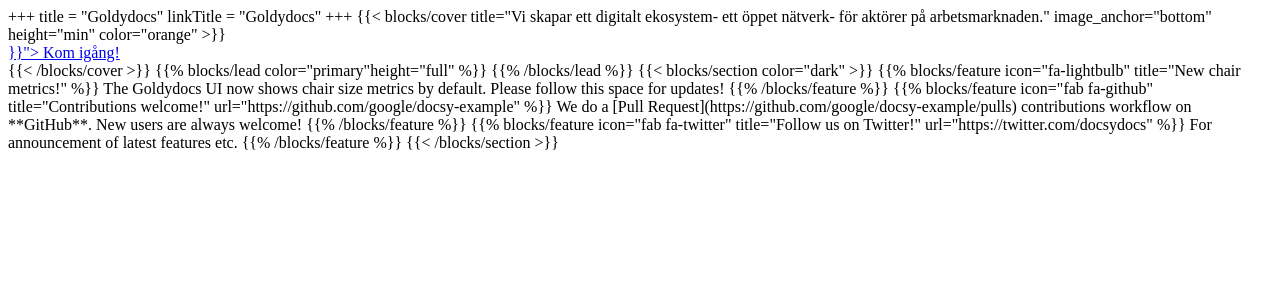
Repository: rudasn/docsy-cms-netlify
Page: content/sv/_index.html
An editor plug-in stored every save of this project. The page is shown before and after the next save, followed by the edit.
The browser window is 1280 px wide. The pictures show the whole page.

Above is the page before, as saved 2021-05-05 10:21:45.

After the next save:
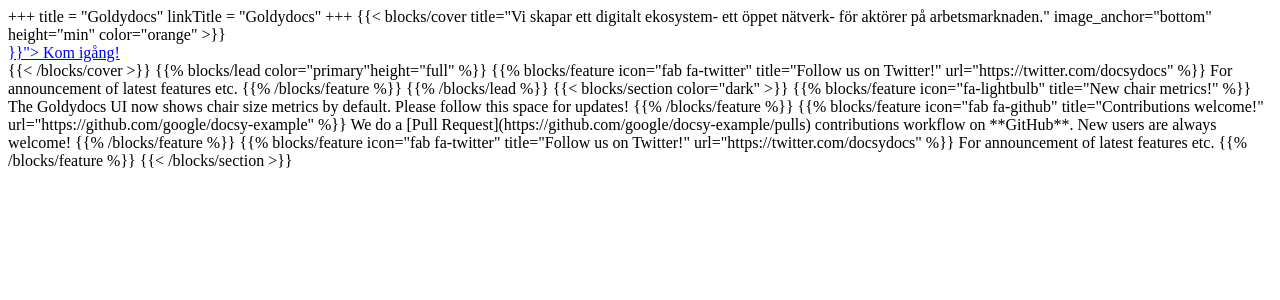
Saved 47 s later.
--- a/content/sv/_index.html
+++ b/content/sv/_index.html
@@ -18,7 +18,9 @@
 
 
 {{% blocks/lead color="primary"height="full" %}}
-
+{{% blocks/feature icon="fab fa-twitter" title="Follow us on Twitter!" url="https://twitter.com/docsydocs" %}}
+For announcement of latest features etc.
+{{% /blocks/feature %}}
 
 
 {{% /blocks/lead %}}
